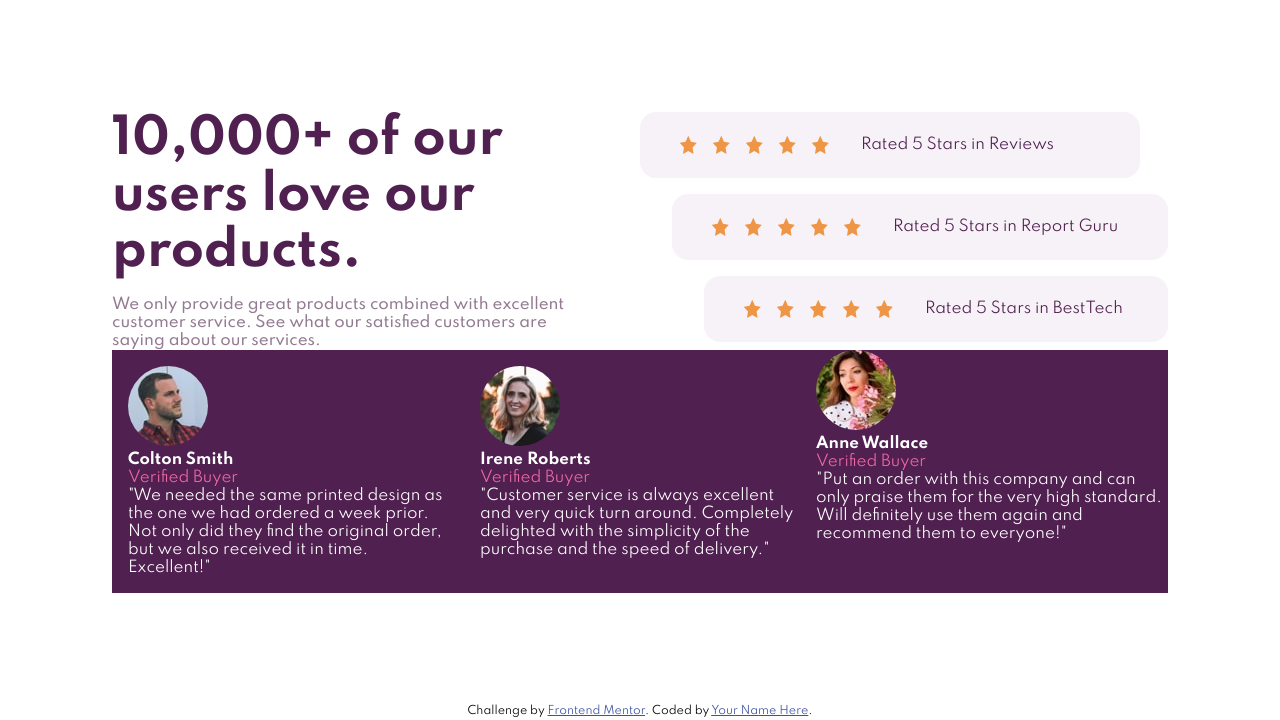
Repository: Pedrohamoura-Git/Frontend-Mentor-Challenges
Page: Newbie/social-proof-section-master/index.html
The author's editor kept a copy of each file at every save. The page is drawn from the files as they stood at one save, then again after the next save.
The browser window is 1280 px wide. The pictures show the whole page.

Above is the page before, as saved 2021-05-30 12:30:39.

### Newbie/social-proof-section-master/index.html
<!DOCTYPE html>
<html lang="en">
  <head>
    <meta charset="UTF-8" />
    <meta name="viewport" content="width=device-width, initial-scale=1.0" />
    <!-- displays site properly based on user's device -->

    <link
      rel="icon"
      type="image/png"
      sizes="32x32"
      href="./images/favicon-32x32.png"
    />

    <link rel="stylesheet" href="css/style.css">

    <title>Frontend Mentor | Social proof section</title>

    <!-- Feel free to remove these styles or customise in your own stylesheet 👍 -->
    <style>
      .attribution {
        font-size: 11px;
        text-align: center;
      }
      .attribution a {
        color: hsl(228, 45%, 44%);
      }
    </style>
  </head>

  <body>
    <div id="wrapper">
      <!-- Start header -->
      <header>
        <div id="title">
          <h1>10,000+ of our users love our products.</h1>

          <p>We only provide great products combined with excellent customer service. See what our satisfied customers are saying about our services.</p>
        </div>

        <!-- Start ratings -->
        <aside id="ratings">

          <!-- Start section-a -->
          <div id="section-a">
            <img src="images/icon-star.svg" alt="Rating-a">
            <img src="images/icon-star.svg" alt="Rating-a">
            <img src="images/icon-star.svg" alt="Rating-a">
            <img src="images/icon-star.svg" alt="Rating-a">
            <img src="images/icon-star.svg" alt="Rating-a">
            <p>Rated 5 Stars in Reviews</p>
          </div>
          <!-- /End section-a  -->

          <!-- Start section-b  -->
          <div id="section-b">
            <img src="images/icon-star.svg" alt="Rating-b">
            <img src="images/icon-star.svg" alt="Rating-b">
            <img src="images/icon-star.svg" alt="Rating-b">
            <img src="images/icon-star.svg" alt="Rating-b">
            <img src="images/icon-star.svg" alt="Rating-b">
            <p>Rated 5 Stars in Report Guru</p>
          </div>
          <!-- /End section-b  -->

          <!-- Start section-c  -->
            <div id="section-c">
              <img src="images/icon-star.svg" alt="Rating-c">
              <img src="images/icon-star.svg" alt="Rating-c">
              <img src="images/icon-star.svg" alt="Rating-c">
              <img src="images/icon-star.svg" alt="Rating-c">
              <img src="images/icon-star.svg" alt="Rating-c">
              <p>Rated 5 Stars in BestTech</p>
            </div>
          <!-- /End section-c  -->
          </aside>

      </header>
      <!-- End header -->

      <!-- Start reviews  -->
      <div id="reviews">

        <!-- Start section-d  -->
        <div id="section-d">
          <img src="images/image-colton.jpg" alt="Colton's picture">
          <h4 class="name">Colton Smith</h4>
          <p class="verified">Verified Buyer</h4>
          <p>
            "We needed the same printed design as the one we had ordered a week prior.
            Not only did they find the original order, but we also received it in time.
            Excellent!"
          </p>
        </div>
        <!-- /End section-d -->

        <!-- Start section-e  -->
        <div id="section-e">
          <img src="images/image-irene.jpg" alt="Irene's picture">
          <h4 class="name">Irene Roberts </h4>
          <p class="verified">Verified Buyer</h4>
          <p>
            "Customer service is always excellent and very quick turn around. Completely
            delighted with the simplicity of the purchase and the speed of delivery."
          </p>
        </div>
        <!-- /End section-e -->

        <!-- Start section-f -->
        <div id="section-f">
          <img src="images/image-anne.jpg" alt="Anne's picture">
          <h4 class="name">Anne Wallace</h4>
          <p class="verified">Verified Buyer</h4>
          <p class="commentary">
            "Put an order with this company and can only praise them for the very high
            standard. Will definitely use them again and recommend them to everyone!"
          </p>
        </div>
      </div>
      <!-- /End section-f  -->

    </div>
    <!-- End Reviews  -->

    <div class="attribution">
      Challenge by
      <a href="https://www.frontendmentor.io?ref=challenge" target="_blank"
        >Frontend Mentor</a
      >. Coded by <a href="#">Your Name Here</a>.
    </div>
  </body>
</html>

### Newbie/social-proof-section-master/css/style.css
/*
** Core Formatting
*/
    @import url('https://fonts.googleapis.com/css2?family=Spartan:wght@400;500;700&display=swap');

    * {
        box-sizing: border-box;
        margin: 0;
        padding: 0;
    }

    body {
        font-family: Spartan;
        font-size: 15px;

        /* font-weight:  700; */
    }


/*
** Common Formatting
*/

    #wrapper {
        padding: 7rem;

    }

    header h1 {
        color: hsl(300, 43%, 22%);
    }

    header p {
        color: hsl(303, 10%, 53%);
    }


    #ratings #section-a, #section-b, #section-c {
        background-color: hsl(300, 24%, 96%);
        /* text-align: center; */
    }

    #ratings p {
        color: hsl(300, 43%, 22%);
    }


    #reviews #section-d, #section-e, #section-f {
        background-color: hsl(300, 43%, 22%);
        color: white;
    }

    #reviews img {
        border-radius: 5rem;
    }

    #reviews p.verified {
        color:hsl(333, 80%, 67%);
    }


    /*
    ** Header - Title
    */
        header {
            display: grid;
            grid-template-columns: repeat(2, 1fr);

            /* background-color: green; */
        }

        header #title {
            max-width: 480px;

            /* border: 1px solid green; */
        }

        header #title h1 {
            font-size: 3rem;
            margin-bottom: 1rem;
        }

        header #title p {
            font-weight: 500;
        }

        /*
        ** Header - Ratings
        */
            #ratings {
                /* border: 1px solid red; */
            }

            #section-a, #section-b, #section-c {
                border-radius: 1rem;
                max-width: 500px;
                padding: 1.5rem;

                /* background-color: red; */
            }

            #section-a, #section-b, #section-c  {
                display: flex;
                flex-wrap: wrap;

            }

            #section-a img, #section-b img, #section-c img {
                margin-left: 1rem;
            }

            #section-a p, #section-b p, #section-c p {
                margin-left: 2rem;
                margin-bottom: 0rem;
            }

            /*
            ** Header - Ratings - Section-b
            */
                #section-b {
                    margin-left: 2rem;
                    margin-top: 1rem;
                }


            /*
            ** Header - Ratings - Section-c
            */
                #section-c {
                    margin-left: 4rem;
                    margin-top: 1rem;
                }

    /*
    ** Reviews
    */
        #reviews {
            display: grid;
            grid-template-columns: repeat(3, 1fr);
            /* column-gap: 1rem; */
        }

        #section-d, #section-e, #section-f

        #section-d {
            padding: 1rem;
        }

After the next save:
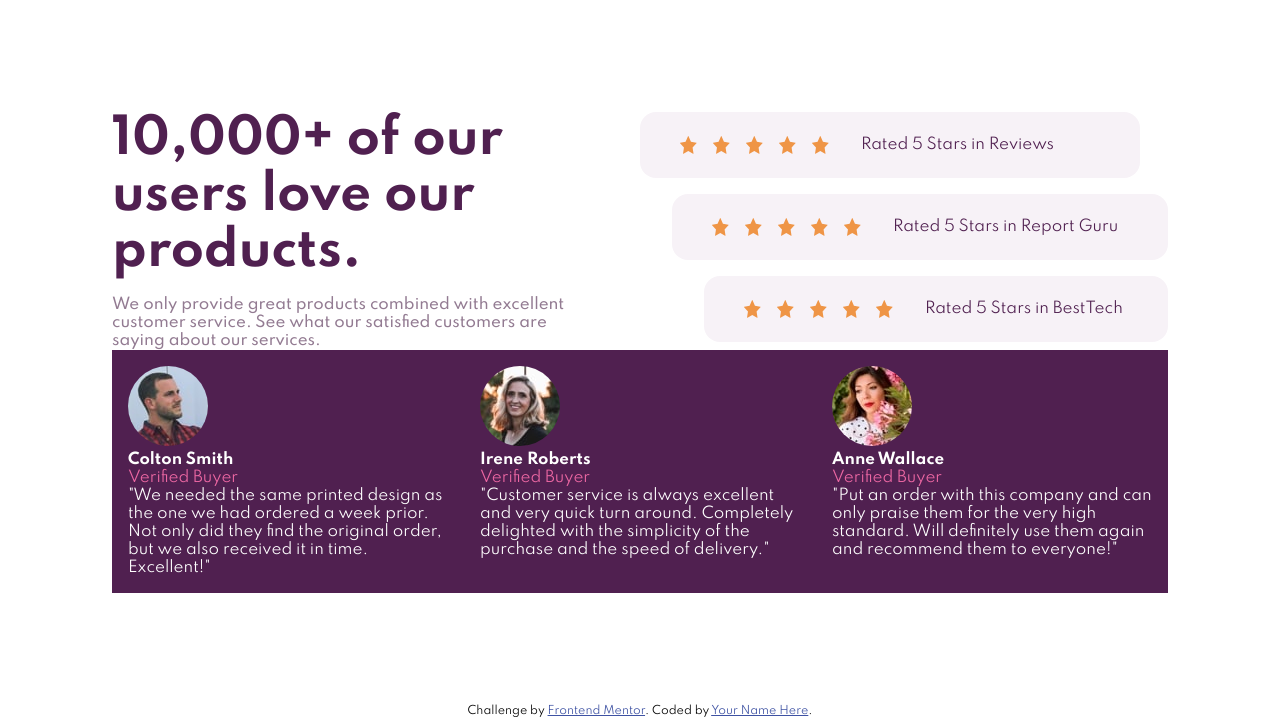
Saved 11 s later.
--- a/Newbie/social-proof-section-master/css/style.css
+++ b/Newbie/social-proof-section-master/css/style.css
@@ -140,8 +140,6 @@
             /* column-gap: 1rem; */
         }
 
-        #section-d, #section-e, #section-f
-
-        #section-d {
+        #section-d, #section-e, #section-f {
             padding: 1rem;
         }
